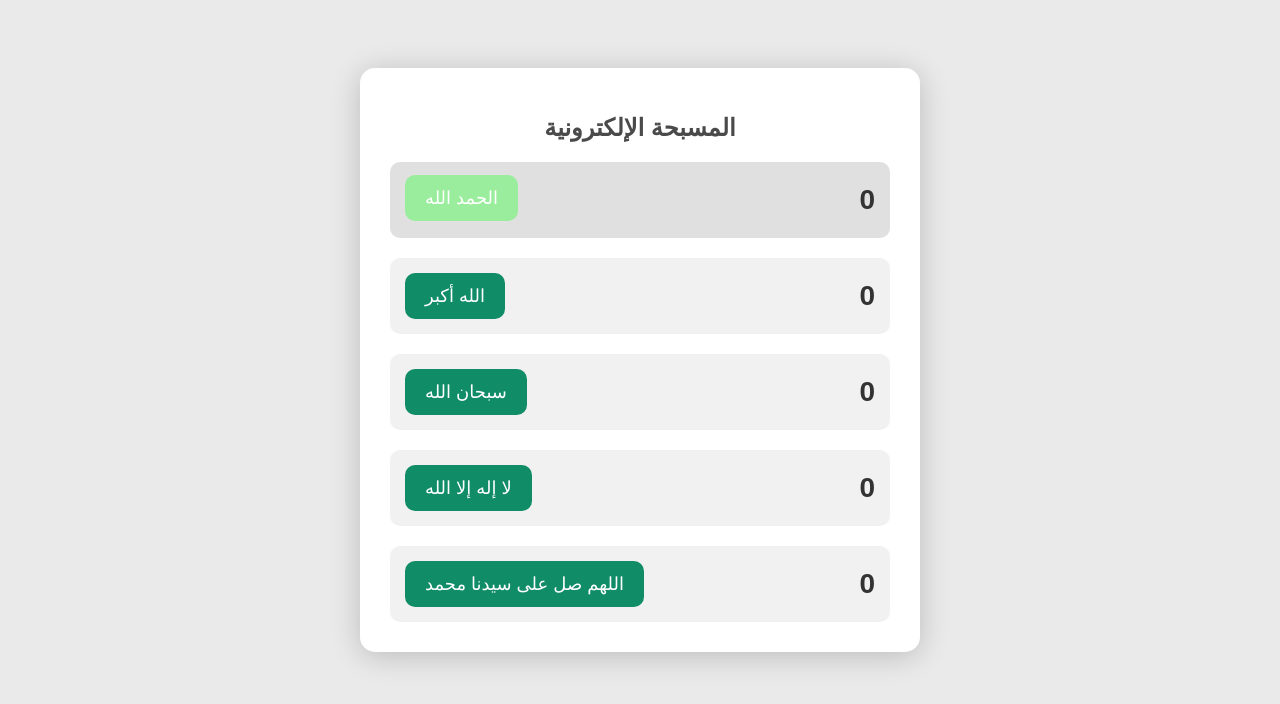
Repository: ShahdKItany/Electronic-Rosary
Page: index.html
An editor plug-in stored every save of this project. The page is shown before and after the next save, followed by the edit.
The browser window is 1280 px wide. The pictures show the whole page.
The pointer rests on the first visible `button`.

Above is the page before, as saved 2024-10-23 00:53:51.

After the next save:
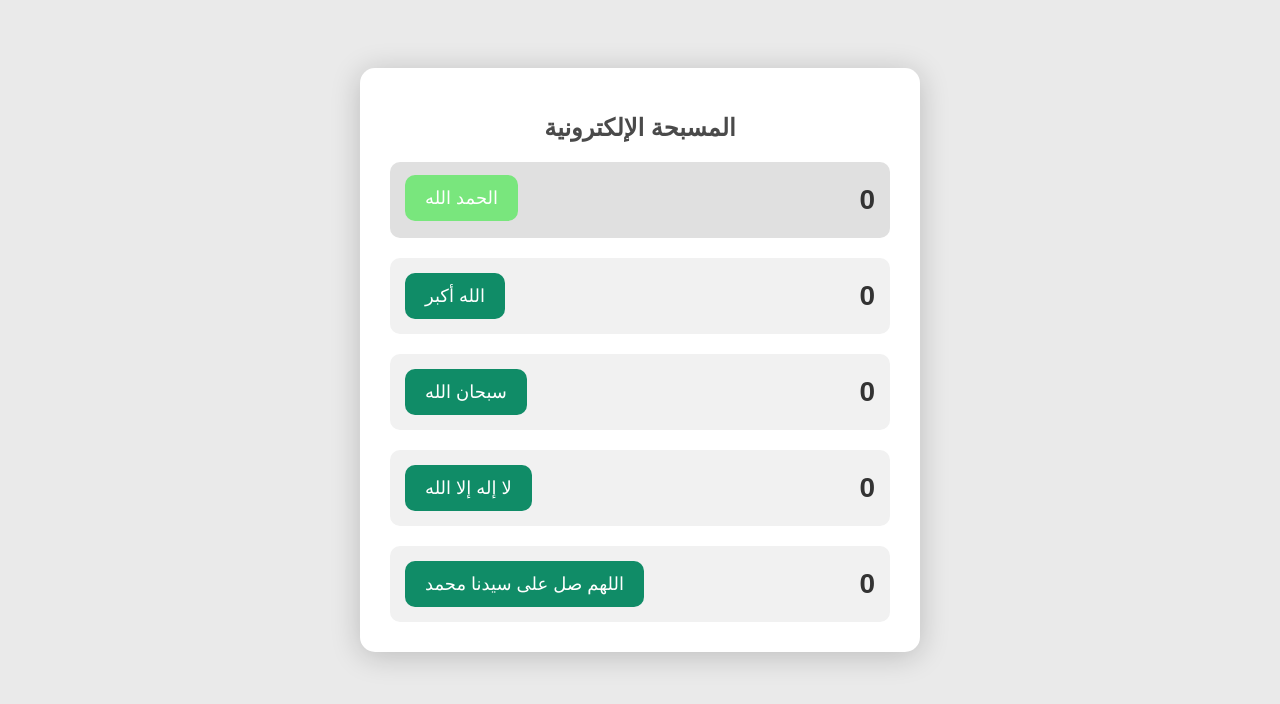
Saved 10 s later.
--- a/styles.css
+++ b/styles.css
@@ -57,7 +57,7 @@ body {
   }
 
   button:hover {
-    background-color: #9aed9d;
+    background-color: #79e67d;
     transform: translateY(-2px);
   }
 
